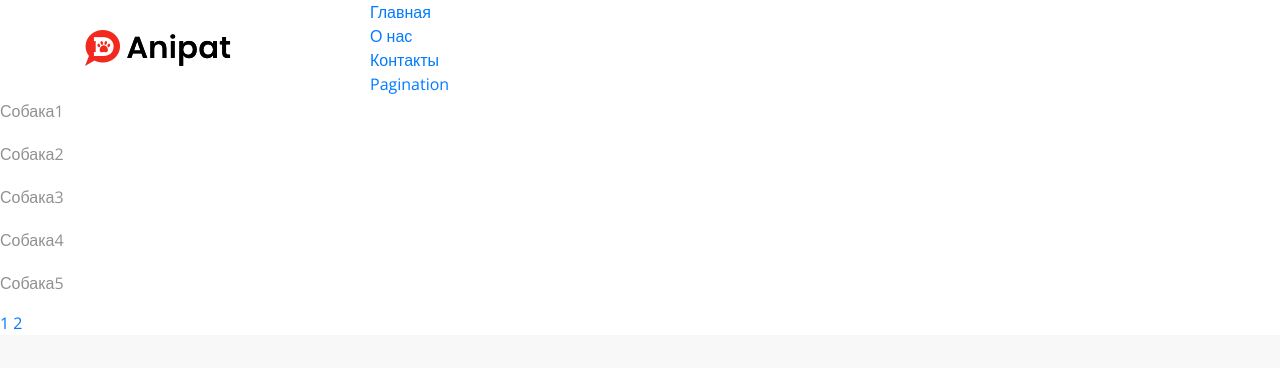
Repository: ssezmar/php...
Page: http://localhost/lab2/pagination.php?page=1
The author's editor kept a copy of each file at every save. The page is drawn from the files as they stood at one save, then again after the next save.
The browser window is 1280 px wide. The pictures show the whole page.
The page is run by PHP 8.4 with error messages shown; the project is at /var/www/html/.

Above is the page before, as saved 2025-09-17 12:34:57.

After the next save:
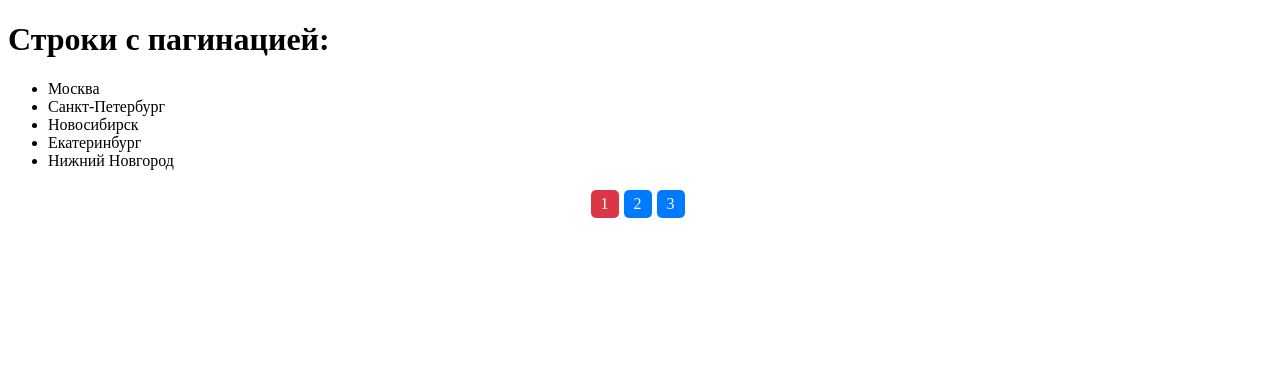
Saved 112 s later.
--- a/public_html/lab2/pagination.php
+++ b/public_html/lab2/pagination.php
@@ -1,9 +1,82 @@
+<!DOCTYPE html>
+<html lang="en">
+<head>
+    <meta charset="UTF-8">
+    <title>Pagination Example</title>
+    <style>
+        .pagination {
+            display: flex;
+            justify-content: center;
+            margin-top: 20px;
+        }
+
+        .pagination a {
+            padding: 5px 10px;
+            text-decoration: none;
+            color: #fff;
+            background-color: #007bff;
+            border-radius: 5px;
+            margin-right: 5px;
+        }
+
+        .pagination a.active {
+            background-color: #dc3545;
+        }
+    </style>
+</head>
+<body>
+
+<h1>Строки с пагинацией:</h1>
+
 <?php
-include "header.php";
-include "function.php";
+// Функция пагинации (та же самая, что была представлена ранее)
+function paginateArray($data, $page = 1, $perPage = 10)
+{
+    $totalPages = ceil(count($data) / $perPage);
+    if ($page > $totalPages || $page <= 0) {
+        return [];
+    }
+    $offset = ($page - 1) * $perPage;
+    $pagedData = array_slice($data, $offset, $perPage);
+    return [
+        'current_page' => $page,
+        'pages_total' => $totalPages,
+        'items_per_page' => $perPage,
+        'data' => $pagedData
+    ];
+}
 
-$data = array("Собака1","Собака2","Собака3","Собака4","Собака5","Собака6","Собака7","Собака8");
-pagination($data,5);
+// Массив строк
+$data = ["Москва", "Санкт-Петербург", "Новосибирск", "Екатеринбург", "Нижний Новгород",
+         "Казань", "Челябинск", "Омск", "Самара", "Ростов-на-Дону", "Уфа", "Красноярск",
+         "Пермь", "Воронеж", "Волгоград"];
 
-include "footer.php";
+// Текущие параметры страницы (можно получать из GET-запросов)
+$currentPage = isset($_GET['page']) ? intval($_GET['page']) : 1;
+$perPage = 5; // Количество записей на странице
+
+// Получаем список городов для текущей страницы
+$result = paginateArray($data, $currentPage, $perPage);
+
+// Вывод списка городов
+if (!empty($result['data'])) {
+    echo "<ul>";
+    foreach ($result['data'] as $city) {
+        echo "<li>$city</li>";
+    }
+    echo "</ul>";
+} else {
+    echo '<p>Нет данных.</p>';
+}
+
+// Создание навигационной панели
+echo '<div class="pagination">';
+for ($i = 1; $i <= $result['pages_total']; $i++) {
+    $class = ($i === $currentPage) ? 'active' : '';
+    echo '<a href="?page=' . $i . '" class="' . $class . '">' . $i . '</a>';
+}
+echo '</div>';
 ?>
+
+</body>
+</html>
